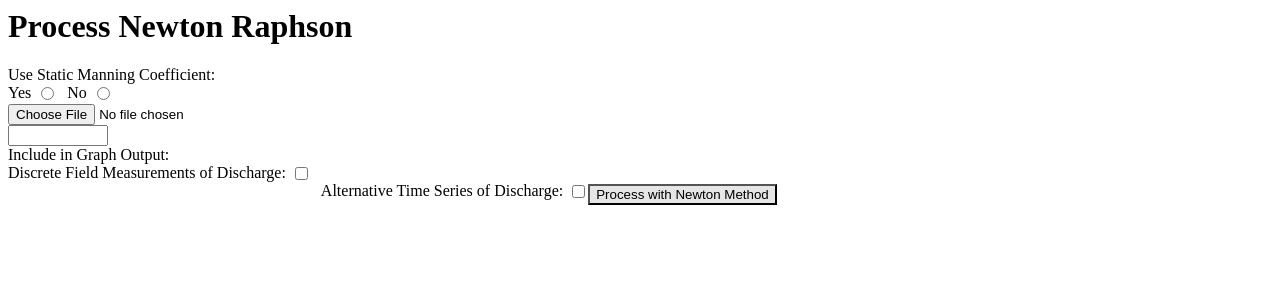
Repository: shape87/FloodAnalysis
Page: FloodAnalysis27/Web/templates/process.html
The author's editor kept a copy of each file at every save. The page is drawn from the files as they stood at one save, then again after the next save.
The browser window is 1280 px wide. The pictures show the whole page.

Above is the page before, as saved 2017-01-23 15:33:23.

### FloodAnalysis27/Web/templates/process.html
<h1>Process Newton Raphson</h1>
<form id="process_newton" method="post" >
	<div class="form-group">
		  <label>Use Static Manning Coefficient:</label><br />
		  <div style="height: 20px">
		  <label style="float:left; margin-right: 5px">Yes</label>
		  <input style="float:left" type="radio" name="manning" class="manning_radio" id="static_manning" />

		  <label style="float:left; margin-left: 10px; margin-right: 5px">No</label>
		  <input style="float:left" type="radio" name="manning" class="manning_radio" id="table_manning" />
		  </div>
	 </div>

	 <div id="table_calc">
	 	<div class="form-group">
		  <input id="manning_file" type="file" name="manning_file" />
	 	</div>
	 </div>

	 <div id="static_calc">
	 	<div class="form-group">
		  <input style="width: 100px" type="text" class="form-control"
		  id="manning_coef" name="manning_coef" />
		</div>
	 </div>

	 <div class="form-group">
		  <label>Include in Graph Output:</label><br />
		  <div style="height: 20px">
		  <label style="float:left; margin-right: 5px">Discrete Field Measurements of Discharge:</label>
		  <input style="float:left" type="checkbox" name="manning" class="manning_radio" id="discrete_output" />
		  <br />
		  <label style="float:left; margin-left: 10px; margin-right: 5px">Alternative Time Series of Discharge:</label>
		  <input style="float:left" type="checkbox" name="manning" class="manning_radio" id="alt_output" />
		  </div>
	 </div>

	<div class="form-group">
		<input style="background-color: #e6e6e6" type="submit"
		class="btn btn-default" value="Process with Newton Method" />
	</div>
</form>
<div class="form-group">
		<a style="display:none" id="flow_table_download" href="/download_flow_table"><button id="flow_table_download" style="background-color: #e6e6e6"
		class="btn btn-default" >Download Flow Table</button></a>
</div>

After the next save:
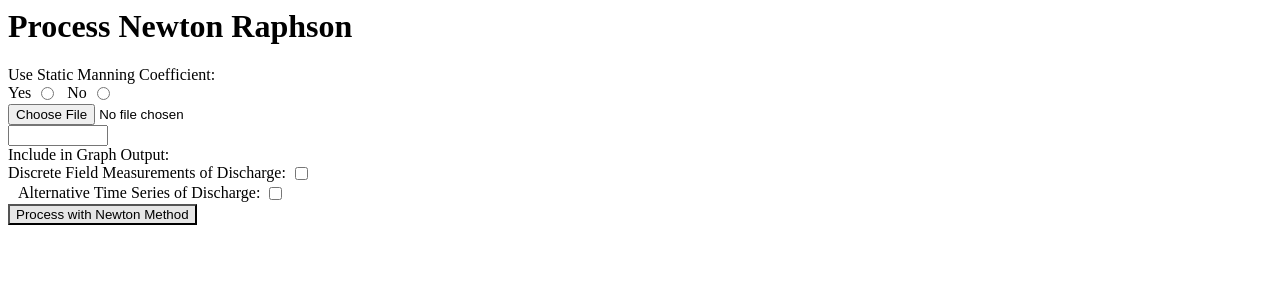
Saved 65 s later.
--- a/FloodAnalysis27/Web/templates/process.html
+++ b/FloodAnalysis27/Web/templates/process.html
@@ -29,7 +29,8 @@
 		  <div style="height: 20px">
 		  <label style="float:left; margin-right: 5px">Discrete Field Measurements of Discharge:</label>
 		  <input style="float:left" type="checkbox" name="manning" class="manning_radio" id="discrete_output" />
-		  <br />
+		  </div>
+		  <div style="height: 20px">
 		  <label style="float:left; margin-left: 10px; margin-right: 5px">Alternative Time Series of Discharge:</label>
 		  <input style="float:left" type="checkbox" name="manning" class="manning_radio" id="alt_output" />
 		  </div>
